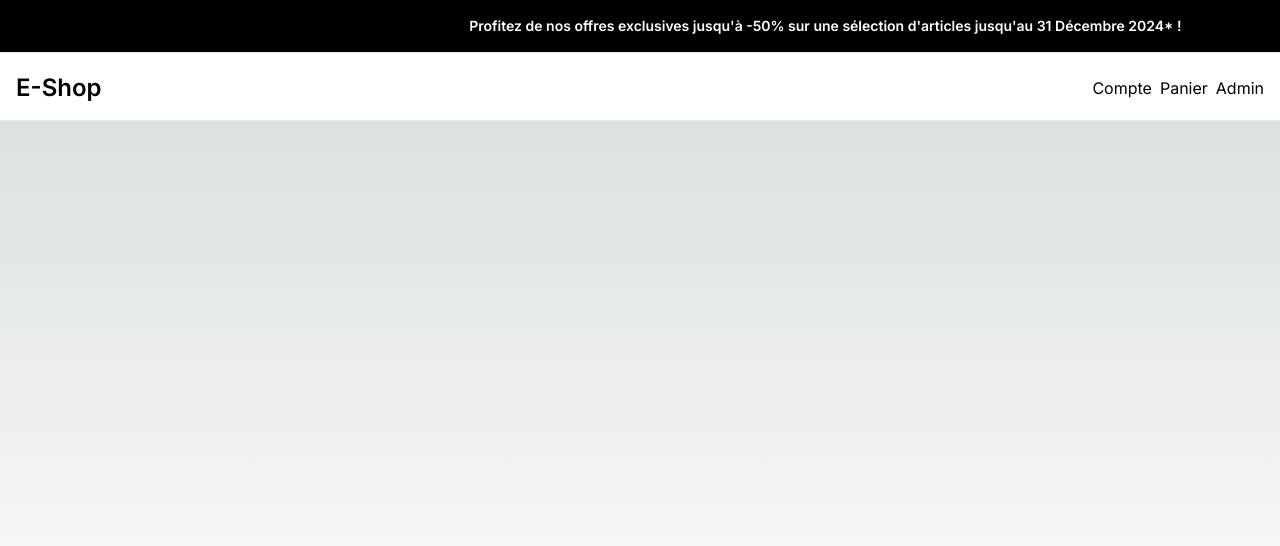
Repository: SDlevelUp/e-shop
Page: /
An editor plug-in stored every save of this project. The page is shown before and after a run of saves, followed by the edit.
The browser window is 1280 px wide. The pictures show the whole page.
The project was rebuilt for these pictures with package versions that can differ from the ones it lists, and the page was loaded fresh each time. The framework's server and built-in components were replaced by stand-ins that run in the browser. Also part of the build but not shown: next.config.js.

Above is the page before, as saved 2023-08-29 12:58:39.

After the next 8 saves:
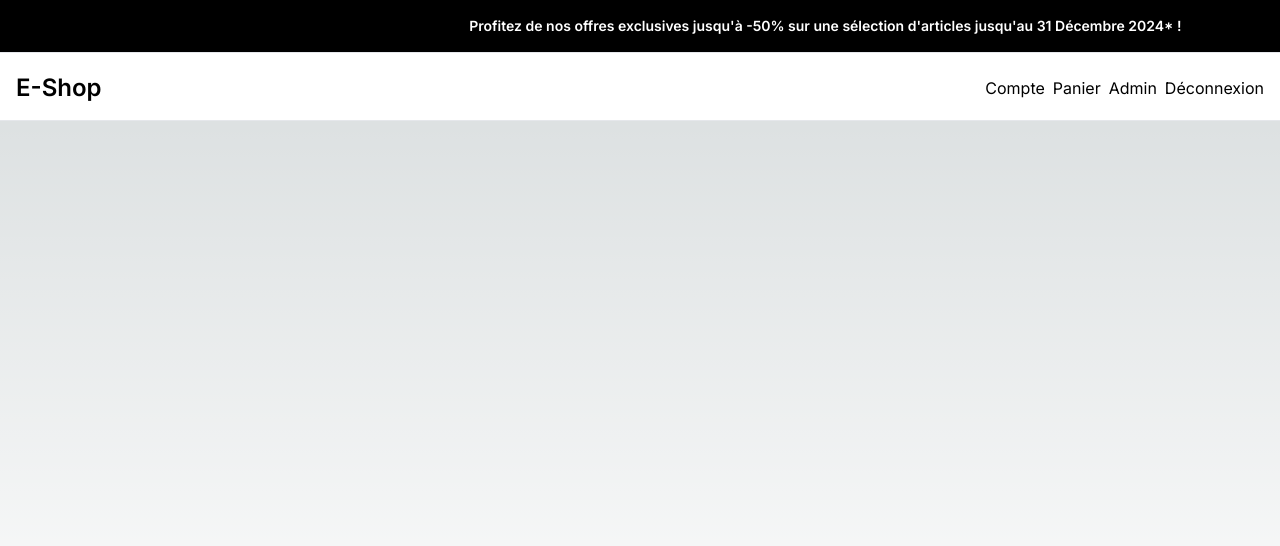
The 8 saves are shown as one change because 1 did not build or start and some came seconds apart.
The last was saved 31 s later.
--- a/src/components/Navbar/Navbar.jsx
+++ b/src/components/Navbar/Navbar.jsx
@@ -41,7 +41,7 @@ export default function Navbar() {
                                 isAdminView ? <button>Client</button> : <button>Admin</button>
                                 : null
                         } {
-
+                            isAuthUser ? <button>Déconnexion</button> : <button>Connexion</button>
                         }
                     </div>
                 </nav>
